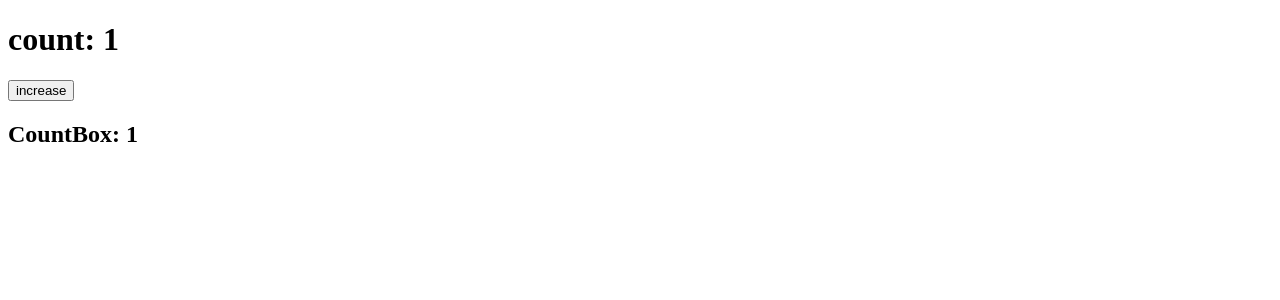
Repository: kkhhjjoo/zustand-counter
Page: /
These files come from the project's save history. The page is drawn as it stood at one moment and after the next save; the edit follows.
The browser window is 1280 px wide. The pictures show the whole page.
The project was rebuilt for these pictures with package versions that can differ from the ones it lists, and the page was loaded fresh each time. Also part of the build but not shown: vite.config.js, src/index.css.

Above is the page before, as saved 2026-04-04 09:35:18.

After the next save:
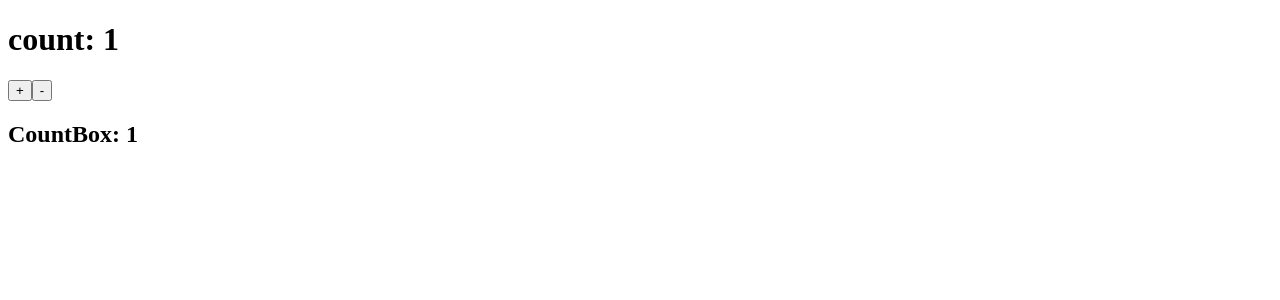
Saved 24 s later.
--- a/src/App.jsx
+++ b/src/App.jsx
@@ -5,11 +5,12 @@
 
 function App() {
   // const [count, setCount] = useState(0);
-  const { count, increase } = counterStore();
+  const { count, increase, decrease } = counterStore();
   return (
     <>
       <h1>count: {count}</h1>
-      <button onClick={increase}>increase</button>
+      <button onClick={increase}>+</button>
+      <button onClick={decrease}>-</button>
       <CountBox />
     </>
   )
